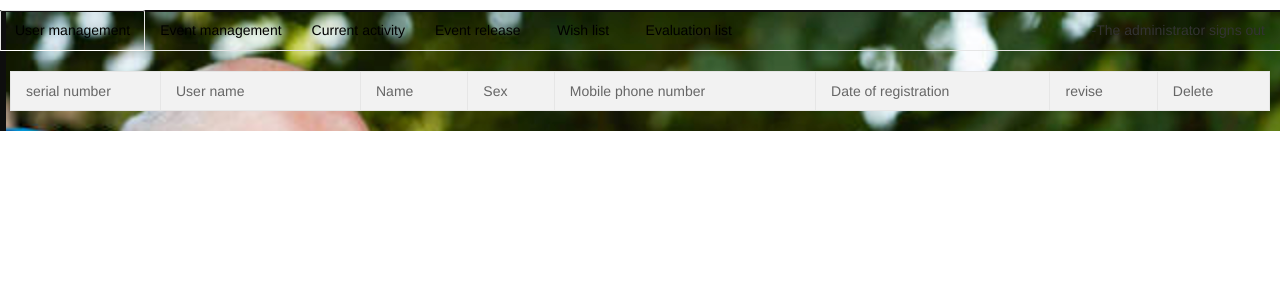
Repository: Zhnpitt/TOPY
Page: http://localhost/newtest/adminPage.jsp
An editor plug-in stored every save of this project. The page is shown before and after the next save, followed by the edit.
The browser window is 1280 px wide. The pictures show the whole page.
The page is served by Tomcat 9. Other server files are loaded and not shown. Queries for data that is not in the repository find no rows.

Above is the page before, as saved 2022-12-07 04:46:03.

### TOPY/newtest/WebContent/adminPage.jsp
<%@ page language="java" contentType="text/html; charset=UTF-8"
	pageEncoding="UTF-8"%>
<%@ page
	import="activityManagement.userModular.dao.UserDao,activityManagement.activityModular.dao.ActivityDao,activityManagement.activityModular.entity.Yuanwang,
activityManagement.activityModular.entity.Activity,activityManagement.userModular.entity.User, activityManagement.userModular.dao.YuanwangDao,
java.util.List,java.text.DateFormat,java.text.SimpleDateFormat,activityManagement.activityModular.entity.Defen,activityManagement.activityModular.dao.DefenDao"%>
<!DOCTYPE html>
<html>
<head>
<meta charset="utf-8">
<meta name="viewport" content="width=device-width, initial-scale=1">
<title>TOPY for Senior</title>
<link rel="stylesheet" href="layui/css/layui.css">

</head>
<%
	DateFormat df = new SimpleDateFormat("yyyy / MM / dd ");
%>
<body>
	<script src="layui/layui.js"></script>
	<div class="layui-tab" style="background:url(layui/img/img-05.png) no-repeat">
		<ul class="layui-tab-title">
			<li class="layui-this">User management</li>
			<li>Event management</li>
			<li>Current activity</li>
			<li>Event release</li>
			<li>Wish list</li>
			<li>Evaluation list</li>
			<li class="layui-nav-item layui-layout-right"><a
				href="${pageContext.request.contextPath}/logout">${sessionScope.loginUser.userName}-The administrator signs out</a></li>
		</ul>
		<div class="layui-tab-content">
			<div class="layui-tab-item layui-show">

				<table class="layui-table">
					<colgroup>
						<col width="150">
						<col width="200">
						<col>
					</colgroup>
					<thead>
						<tr>
							<th>serial number</th>
							<th>User name</th>
							<th>Name</th>
							<th>Sex</th>
							<th>Mobile phone number</th>
							<th>Date of registration</th>
							<th>revise</th>
							<th>Delete</th>
						</tr>
					</thead>
					<tbody>
						<%
							UserDao userDao = new UserDao();
							List<User> userList = userDao.queryAllList();
							for (int i = 0; i < userList.size(); i++) {
								User user = userList.get(i);
						%>
						<tr>
							<td><%=i + 1%></td>
							<td><%=user.getUserName()%></td>
							<td><%=user.getNickname()%></td>
							<td>
								<%
									if (user.getSex() != null) {
								%><%=user.getSex().equals("M") ? "M" : "F"%> <%
 	}
 %>
							</td>

							<td><%=user.getPhoneNum()%></td>
							<td>
								<%
									if (user.getRegisterDate() != null) {
								%><%=df.format(user.getRegisterDate())%> <%
 	}
 %>
							</td>
							<td><a
								href="${pageContext.request.contextPath}/userEdit.jsp?userId=<%=user.getId() %>"
								class="layui-btn layui-btn-sm layui-btn-radius">revise</a>
							<td><a
								href="${pageContext.request.contextPath}/deletUser?userId=<%=user.getId() %>"
								class="layui-btn layui-btn-sm layui-btn-radius">Delete</a></td>
							</td>
						</tr>
						<%
							}
						%>
					</tbody>
				</table>

			</div>

			<div class="layui-tab-item">
				<table class="layui-table">
					<colgroup>
						<col width="150">
						<col width="200">
						<col>
					</colgroup>
					<thead>
						<tr>
							<th>serial number</th>
							<th>Activity name</th>
							<th>Organizer</th>
							<th>Event participants</th>
							<th>Registration start time</th>
							<th>Registration close time</th>
							<th>The event start time</th>
							<th>The event end time</th>
							<th>Number of event registrations</th>
							<th>revise</th>
							<th>Delete</th>
						</tr>
					</thead>
					<tbody>


						<%
							ActivityDao activityDao = new ActivityDao();
							List<Activity> actList = activityDao.queryAllList();
							for (int i = 0; i < actList.size(); i++) {
								Activity act = actList.get(i);
						%>
						<tr>
							<td><%=i + 1%></td>
							<td><%=act.getActName()%></td>
							<td><%=act.getSponsor()%></td>
							<td><%=act.getCoOrganizer()%></td>
							<td><%=act.getSignUpStartDate() == null ? "" : df.format(act.getSignUpStartDate())%></td>
							<td><%=act.getSignUpEndDate() == null ? "" : df.format(act.getSignUpEndDate())%></td>
							<td><%=act.getActStartDate() == null ? "" : df.format(act.getActStartDate())%></td>
							<td><%=act.getActEndDate() == null ? "" : df.format(act.getActEndDate())%></td>
							<td align="center"> <a style="color:red"
								href="signUpDetail.jsp?id=<%=act.getId()%>"><%=activityDao.getSingUpNum(act.getId())%></a>
							</td>
							<td><a
								href="${pageContext.request.contextPath}/activityEdit.jsp?id=<%=act.getId()%>"
								class="layui-btn layui-btn-sm layui-btn-radius">revise</a>
							<td><a
								href="${pageContext.request.contextPath}/deletActivity?actId=<%=act.getId()%>"
								class="layui-btn layui-btn-sm layui-btn-radius">Delete</a></td>
							</td>
						</tr>
						<%
							}
						%>
					</tbody>
				</table>

			</div>
			<div class="layui-tab-item">
							<table>

							<%
									for (int i = 0; i < actList.size(); i++) {
											Activity act = actList.get(i);
								%>

					<tr>
						<td><img src="" width="0">&nbsp;&nbsp;</td>
						<td><%=act.getActName()%><br /> Organizer：<%=act.getSponsor()%><br />
							Event participants：<%=act.getCoOrganizer()%><br /> Registration Time ： <%=act.getSignUpStartDate() == null ? "" : df.format(act.getSignUpStartDate())%>&nbsp;—&nbsp;
							<%=act.getSignUpEndDate() == null ? "" : df.format(act.getSignUpEndDate())%><br />
							Event Time ： <%=act.getActStartDate() == null ? "" : df.format(act.getActStartDate())%>&nbsp;—&nbsp;
							<%=act.getActEndDate() == null ? "" : df.format(act.getActEndDate())%><br />
							<br /> <a
							href="${pageContext.request.contextPath}/activityDetail.jsp?id=<%=act.getId()%>"
							class="layui-btn layui-btn-sm layui-btn-radius">Event details</a><br />
						<br /></td>
					</tr>
					<tr>
						<td colspan="2"></td>
					</tr>
					<%
									}
								%>

				</table>

			</div>

			<div class="layui-tab-item">
				<%
					String actId = request.getParameter("id");
					Activity act = null;
					if (actId == null) {
						act = new Activity();
					} else {
						ActivityDao newActivityDao = new ActivityDao();
						act = activityDao.queryById(Integer.parseInt(actId));
					}
				%>

				<form class="layui-form" id="actForm"
					action="<%=request.getContextPath()%>/activityEdit" method="post"
					enctype="multipart/form-data">
					<input type="hidden" id="actId" name="actId" class="layui-input"
						value="<%=act.getId() != null ? act.getId() : ""%>" />


					<div class="layui-form-item">
						<label class="layui-form-label">Activity name</label>
						<div class="layui-input-inline">
							<input type="text"
								value="<%=act.getActName() != null ? act.getActName() : ""%>"
								name="actName" id="actName" required lay-verify="required"
								placeholder="activity name" autocomplete="off" class="layui-input">
						</div>
					</div>

					<div class="layui-form-item">
						<label class="layui-form-label">Organizer</label>
						<div class="layui-input-inline">
							<input type="text"
								value="<%=act.getSponsor() != null ? act.getSponsor() : ""%>"
								name="sponsor" id="sponsor" required lay-verify="required"
								placeholder="Organizer" autocomplete="off" class="layui-input">
						</div>
					</div>
					<div class="layui-form-item">
						<label class="layui-form-label">Number of people</label>
						<div class="layui-input-inline">
							<input type="text"
								value="10"
								name="count_tmp" id="count_tmp" required lay-verify="required"
								placeholder="Number of people" autocomplete="off" class="layui-input">
						</div>
					</div>
					<div class="layui-form-item">
						<label class="layui-form-label">Parties</label>
						<div class="layui-input-inline">
							<select name="coOrganizer">
								<option value="parent">parent</option>
								<option value="pets">pets</option>
							</select>
							<%-- <input type="text"
								value="<%=act.getCoOrganizer() != null ? act.getCoOrganizer() : ""%>"
								name="coOrganizer" id="coOrganizer" required
								lay-verify="required" placeholder="Event participants" autocomplete="off"
								class="layui-input"> --%>
						</div>
					</div>


					<div class="layui-form-item">
						<label class="layui-form-label">Registration start time</label>
						<div class="layui-input-inline">
							<input type="date"
								value="<%=act.getSignUpStartDate() != null ? df.format(act.getSignUpStartDate()) : ""%>"
								name="signUpStart" id="signUpStart" required
								lay-verify="required" autocomplete="off" class="layui-input">
						</div>
					</div>

					<div class="layui-form-item">
						<label class="layui-form-label">Registration close time</label>
						<div class="layui-input-inline">
							<input type="date"
								value="<%=act.getSignUpEndDate() != null ? df.format(act.getSignUpEndDate()) : ""%>"
								name="signUpEnd" id="signUpEnd" required lay-verify="required"
								autocomplete="off" class="layui-input">
						</div>
					</div>

					<div class="layui-form-item">
						<label class="layui-form-label">The event start time</label>
						<div class="layui-input-inline">
							<input type="date"
								value="<%=act.getActStartDate() != null ? df.format(act.getActStartDate()) : ""%>"
								name="actStart" id="actStart" required lay-verify="required"
								autocomplete="off" class="layui-input">
						</div>
					</div>

					<div class="layui-form-item">
						<label class="layui-form-label">The event end time</label>
						<div class="layui-input-inline">
							<input type="date"
								value="<%=act.getActEndDate() != null ? df.format(act.getActEndDate()) : ""%>"
								name="actEnd" id="actEnd" required lay-verify="required"
								autocomplete="off" class="layui-input">
						</div>
					</div>

					<div class="layui-form-item layui-form-text">
						<label class="layui-form-label">Event content</label>
						<div class="layui-input-block">
							<textarea name="actContent" placeholder="please write the content" class="layui-textarea"
								rows="5" form="actForm" name="actContent"></textarea>
						</div>
					</div>
					<div class="layui-form-item">
						<div class="layui-input-block">
							<button class="layui-btn" lay-submit lay-filter="formDemo">Submit</button>
							<button type="reset" class="layui-btn layui-btn-primary">Reset</button>

						</div>
					</div>
				</form>

				<script>
					//Demo
					layui.use('form', function() {
						var form = layui.form;

						//监听提交
						form.on('submit(formDemo)', function(data) {

							return;
						});
					});
				</script>
			</div>

			<div class="layui-tab-item">

				<table class="layui-table">
					<colgroup>
						<col width="150">
						<col width="200">
						<col>
					</colgroup>
					<thead>
						<tr>
							<th>serial number</th>
							<th>User type</th>
							<th>name</th>
							<th>Content</th>
						</tr>
					</thead>
					<tbody>
						<%
							YuanwangDao dao1 = new YuanwangDao();
							List<Yuanwang> userList1 = dao1.queryAllList();
							for (int i = 0; i < userList1.size(); i++) {
								System.out.print(userList1);
								Yuanwang yuanwang = userList1.get(i);
						%>
						<tr>
							<td><%=yuanwang.getSn()%></td>
							<td><%=yuanwang.getLeixing()%></td>
							<td><%=yuanwang.getName()%></td>
							<td><%=yuanwang.getContent()%></td>
						</tr>
						<%
							}
						%>
					</tbody>
				</table>

			</div>
			<div class="layui-tab-item">

				<table class="layui-table">
					<colgroup>
						<col width="150">
						<col width="200">
						<col>
					</colgroup>
					<thead>
						<tr>
							<th>Old man name</th>
							<th>The name of the activity</th>
							<th>Seniors score</th>
							<th>Activity evaluation</th>
							<th>Evaluators</th>
						</tr>
					</thead>
					<tbody>
						<%
						DefenDao dao12 = new DefenDao();
						List<Defen> deList = dao12.queryAllList();
						for (int i = 0; i < deList.size(); i++) {
							Defen act21 = deList.get(i);
					%><tr>
							<td><%=act21.getUserid()%></td>
							<td><%=act21.getActname()%></td>
							<td><%=act21.getFenshu()%></td>
							<td><%=act21.getType()%></td>
							<td><%=act21.getDafenren()%></td>
						</tr>
						<%
}
%>
					</tbody>
				</table>

			</div>

		</div>
	</div>

	<script>
		//注意：选项卡 依赖 element 模块，否则无法进行功能性操作
		layui.use('element', function() {
			var element = layui.element;

			//…
		});
	</script>
</body>
</html>

### TOPY/newtest/src/activityManagement/userModular/dao/UserDao.java
package activityManagement.userModular.dao;

import java.sql.Connection;
import java.sql.PreparedStatement;
import java.sql.ResultSet;
import java.sql.SQLException;
import java.sql.Timestamp;
import java.util.ArrayList;
import java.util.List;
import activityManagement.userModular.entity.User;
import connection.DBConnection;

public class UserDao {
	public User queryByUserId(Integer userId) {
		if (userId == null) {
			return null;
		}

		Connection conn = null;

		PreparedStatement ps = null;
		ResultSet rs = null;
		try {
			conn = DBConnection.getConnection();
			String sql = "select * from user where id = ?";
			ps = conn.prepareStatement(sql);
			ps.setInt(1, userId);
			rs = ps.executeQuery();
			if (rs.next() == false) {
				return null;
			}
			return resultSet2User(rs);

		} catch (ClassNotFoundException e) {
			e.printStackTrace();
		} catch (SQLException e) {
			e.printStackTrace();
		} finally {
			try {
				rs.close();
			} catch (SQLException e) {
				e.printStackTrace();
			}

			try {
				ps.close();
			} catch (SQLException e) {
				e.printStackTrace();
			}
		}
		return null;
	}

	public User queryByUserName(String userName) {
		if (userName == null) {
			return null;
		}
		System.out.printf(userName);
		Connection conn = null;
		PreparedStatement ps = null;
		ResultSet rs = null;
		try {
			conn = DBConnection.getConnection();
			String sql = "select * from user where user_name = ?";
			ps = conn.prepareStatement(sql);

			ps.setString(1, userName);
			rs = ps.executeQuery();
			if (rs.next() == false) {
				return null;
			}
			return resultSet2User(rs);
		} catch (ClassNotFoundException e) {
			e.printStackTrace();
		} catch (SQLException e) {
			e.printStackTrace();
		} finally {
			try {
				rs.close();
			} catch (SQLException e) {
				e.printStackTrace();
			}

			try {
				ps.close();
			} catch (SQLException e) {
				e.printStackTrace();
			}
		}

		return null;
	}

	private User resultSet2User(ResultSet rs) {
		User user = new User();
		try {
			user.setId(rs.getInt("id"));
			user.setUserName(rs.getString("user_name"));
			user.setPassword(rs.getString("password"));
			user.setNickname(rs.getString("nickname"));
			user.setRegisterDate(rs.getDate("register_date"));
			user.setSex(rs.getString("sex"));
			user.setPhoneNum(rs.getString("phone_num"));
			return user;
		} catch (SQLException e) {
			// TODO Auto-generated catch block e.printStackTrace();
		}
		return null;

	}

	public Boolean save(User user) {
		if (user == null) {
			return false;
		}

		Connection conn = null;
		PreparedStatement ps = null;
		try {
			conn = DBConnection.getConnection();
			String sql = "insert	into user(user_name,nickname,password,register_date,sex,phone_num) values(?,?,?,?,?,?)";
			ps = conn.prepareStatement(sql);
			ps.setString(1, user.getUserName());
			ps.setString(2, user.getNickname());
			ps.setString(3, user.getPassword());
			ps.setTimestamp(4, new Timestamp(user.getRegisterDate().getTime()));
			ps.setString(5, user.getSex());
			ps.setString(6, user.getPhoneNum());

			return ps.executeUpdate() > 0;
		} catch (ClassNotFoundException e) {
			e.printStackTrace();
		} catch (SQLException e) {
			e.printStackTrace();
		} finally {
			try {
				ps.close();
			} catch (SQLException e) {
				e.printStackTrace();
			}
		}

		return false;
	}

	public List<User> queryAllList() {

		Connection conn = null;
		PreparedStatement ps = null;
		ResultSet rs = null;
		try {
			conn = DBConnection.getConnection();
			String sql = "select * from user";
			ps = conn.prepareStatement(sql);
			rs = ps.executeQuery();

			User userTemp = null;
			List<User> userList = new ArrayList<User>();
			while (rs.next()) {
				userTemp = resultSet2User(rs);
				userList.add(userTemp);
			}
			return userList;

		} catch (ClassNotFoundException e) {
			e.printStackTrace();
		} catch (SQLException e) {
			e.printStackTrace();
		} finally {
			try {
				rs.close();
			} catch (SQLException e) {
				e.printStackTrace();
			}

			try {
				ps.close();
			} catch (SQLException e) {
				e.printStackTrace();
			}
		}
		return null;
	}

	public Boolean update(User user) {
		if (user == null) {
			return false;
		}

		Connection conn = null;
		PreparedStatement ps = null;

		try {

			conn = DBConnection.getConnection();
			String sql = "update	user	set user_name=?,nickname=?,password=?,sex=?,phone_num=? where id=?";
			ps = conn.prepareStatement(sql);
			ps.setString(1, user.getUserName());
			ps.setString(2, user.getNickname());
			ps.setString(3, user.getPassword());
			ps.setString(4, user.getSex());
			ps.setString(5, user.getPhoneNum());
			ps.setInt(6, user.getId());

			return ps.executeUpdate() > 0;
		} catch (ClassNotFoundException e) {
			e.printStackTrace();
		} catch (SQLException e) {
			e.printStackTrace();
		} finally {
			try {
				ps.close();
			} catch (SQLException e) {
				e.printStackTrace();
			}
		}
		return false;
	}
}

### TOPY/newtest/src/connection/DBConnection.java
package connection;
import java.sql.Connection;
import java.sql.DriverManager;
import java.sql.SQLException;

public class DBConnection {
		private static String driver = "com.mysql.cj.jdbc.Driver";
		private	static	String	url	= "jdbc:mysql://localhost:3306/activity?serverTimezone=GMT%2B8&useUnicode=true&characterEncoding=utf-8";
		private static String username = "root";
		private static String password = "Zhn122737l@";
		private static Connection conn = null;
		public static Connection getConnection() throws SQLException, ClassNotFoundException
		{
		if(conn == null || conn.isClosed()) {
			Class.forName(driver);
		conn = DriverManager.getConnection(url, username, password);
		}
		return conn;
		}
}

### TOPY/newtest/src/activityManagement/activityModular/entity/Activity.java
package activityManagement.activityModular.entity;

import java.util.Date;

public class Activity {
	private Integer id;
	private String actName;
	private String actPicture;
	private String sponsor;
	private String coOrganizer;
	private Date signUpStartDate;
	private Date signUpEndDate;
	private Date actStartDate;
	private Date actEndDate;
	private String actContent;
	String count_tmp;



	public String getCount_tmp() {
		return count_tmp;
	}

	public void setCount_tmp(String count_tmp) {
		this.count_tmp = count_tmp;
	}

	public Integer getId() {
		return id;
	}

	public void setId(Integer id) {
		this.id = id;
	}

	public String getActName() {
		return actName;
	}

	public void setActName(String actName) {
		this.actName = actName;
	}

	public String getActPicture() {
		return actPicture;
	}

	public void setActPicture(String actPicture) {
		this.actPicture = actPicture;
	}

	public String getSponsor() {
		return sponsor;
	}

	public void setSponsor(String sponsor) {
		this.sponsor = sponsor;
	}

	public String getCoOrganizer() {
		return coOrganizer;
	}

	public void setCoOrganizer(String coOrganizer) {
		this.coOrganizer = coOrganizer;
	}

	public Date getSignUpStartDate() {
		return signUpStartDate;
	}

	public void setSignUpStartDate(Date signUpStartDate) {
		this.signUpStartDate = signUpStartDate;
	}

	public Date getSignUpEndDate() {
		return signUpEndDate;
	}

	public void setSignUpEndDate(Date signUpEndDate) {
		this.signUpEndDate = signUpEndDate;
	}

	public Date getActStartDate() {
		return actStartDate;
	}

	public void setActStartDate(Date actStartDate) {
		this.actStartDate = actStartDate;
	}

	public Date getActEndDate() {
		return actEndDate;
	}

	public void setActEndDate(Date actEndDate) {
		this.actEndDate = actEndDate;
	}

	public String getActContent() {
		return actContent;
	}

	public void setActContent(String actContent) {
		this.actContent = actContent;
	}

}

### TOPY/newtest/src/activityManagement/userModular/dao/YuanwangDao.java
package activityManagement.userModular.dao;

import java.sql.Connection;
import java.sql.PreparedStatement;
import java.sql.ResultSet;
import java.sql.SQLException;
import java.util.ArrayList;
import java.util.List;

import activityManagement.activityModular.entity.Yuanwang;
import connection.DBConnection;

public class YuanwangDao {
	public List<Yuanwang> queryAllList() {
		Connection conn = null;
		PreparedStatement ps = null;
		ResultSet rs = null;
		try {
			conn = DBConnection.getConnection();
			String sql = "select * from yuanwang";
			ps = conn.prepareStatement(sql);
			rs = ps.executeQuery();

			Yuanwang temp = null;
			List<Yuanwang> actList = new ArrayList<Yuanwang>();
			while (rs.next()) {

				temp = resultSet2Activity(rs);
				actList.add(temp);
			}
			return actList;

		} catch (ClassNotFoundException e) {
			e.printStackTrace();
		} catch (SQLException e) {
			e.printStackTrace();
		} finally {
			try {
				if (rs != null) {
					rs.close();
				}
				if (ps != null) {
					ps.close();
				}
			} catch (SQLException e) {
				e.printStackTrace();
			}
		}
		return null;
	}

	private Yuanwang resultSet2Activity(ResultSet rs) {
		Yuanwang act = new Yuanwang();
		try {
			act.setSn(rs.getInt("sn"));
			act.setContent(rs.getString("content"));
			act.setLeixing(rs.getString("leixing"));
			act.setName(rs.getString("name"));

			return act;
		} catch (SQLException e) {
			e.printStackTrace();
		}
		return null;
	}

}

### TOPY/newtest/src/activityManagement/activityModular/dao/DefenDao.java
package activityManagement.activityModular.dao;

import java.sql.Connection;
import java.sql.PreparedStatement;
import java.sql.ResultSet;
import java.sql.SQLException;
import java.util.ArrayList;
import java.util.List;

import activityManagement.activityModular.entity.Activity;
import activityManagement.activityModular.entity.Defen;
import connection.DBConnection;

public class DefenDao {
	public List<Defen> queryAllList() {
			Connection conn = null;
		PreparedStatement ps = null;
		ResultSet rs = null;
		try {
			conn = DBConnection.getConnection();
			String sql = "select * from dafen";
			ps = conn.prepareStatement(sql);
			rs = ps.executeQuery();

			Defen temp = null;
			List<Defen> actList = new ArrayList<Defen>();
			while (rs.next()) {
				temp = resultSet2Activity(rs);
				actList.add(temp);
			}
			return actList;

		} catch (ClassNotFoundException e) {
			e.printStackTrace();
		} catch (SQLException e) {
			e.printStackTrace();
		} finally {
			try {
				if (rs != null) {
					rs.close();
				}
				if (ps != null) {
					ps.close();
				}
			} catch (SQLException e) {
				e.printStackTrace();
			}
		}
		return null;
	}

	private Defen resultSet2Activity(ResultSet rs) {
		Defen act = new Defen();
		try {
			act.setUserid(rs.getString("userid"));
			act.setActivity_id(rs.getString("activity_id"));
			act.setFenshu(rs.getString("fenshu"));
			act.setType(rs.getString("type"));
			act.setActname(rs.getString("actname"));
			act.setDafenren(rs.getString("dafenren"));
			return act;
		} catch (SQLException e) {
			e.printStackTrace();
		}
		return null;
	}

}

Loaded but not shown: TOPY/newtest/WebContent/layui/layui.js (library); TOPY/newtest/WebContent/layui/lay/modules/form.js (library); TOPY/newtest/WebContent/layui/lay/modules/element.js (library); TOPY/newtest/WebContent/layui/lay/modules/layer.js (library); TOPY/newtest/WebContent/layui/lay/modules/jquery.js (library); TOPY/newtest/WebContent/layui/css/modules/layer/default/layer.css (library); TOPY/newtest/WebContent/layui/css/layui.css (5273 lines, source omitted); TOPY/newtest/src/activityManagement/activityModular/dao/ActivityDao.java (552 lines, source omitted)

After the next save:
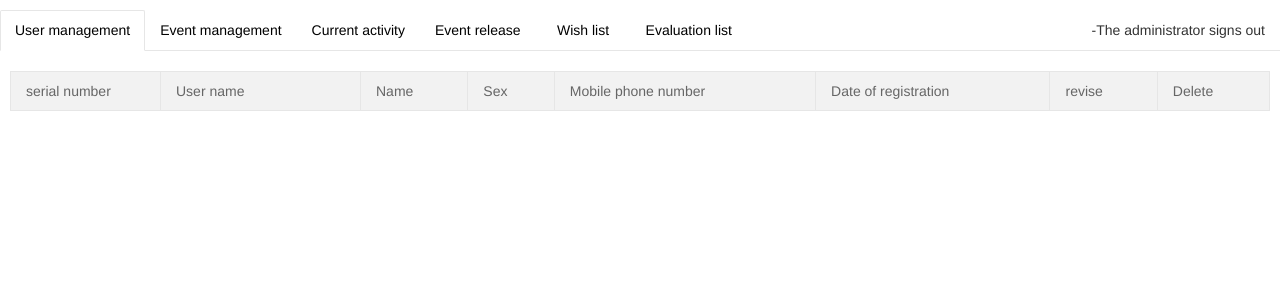
Saved 97 s later.
--- a/TOPY/newtest/WebContent/adminPage.jsp
+++ b/TOPY/newtest/WebContent/adminPage.jsp
@@ -18,7 +18,7 @@
 %>
 <body>
 	<script src="layui/layui.js"></script>
-	<div class="layui-tab" style="background:url(layui/img/img-05.png) no-repeat">
+	<div class="layui-tab">
 		<ul class="layui-tab-title">
 			<li class="layui-this">User management</li>
 			<li>Event management</li>
@@ -392,6 +392,9 @@
 
 		</div>
 	</div>
+	<div style="background:url(layui/img/img-05.png) no-repeat">
+
+	</div>
 
 	<script>
 		//注意：选项卡 依赖 element 模块，否则无法进行功能性操作
